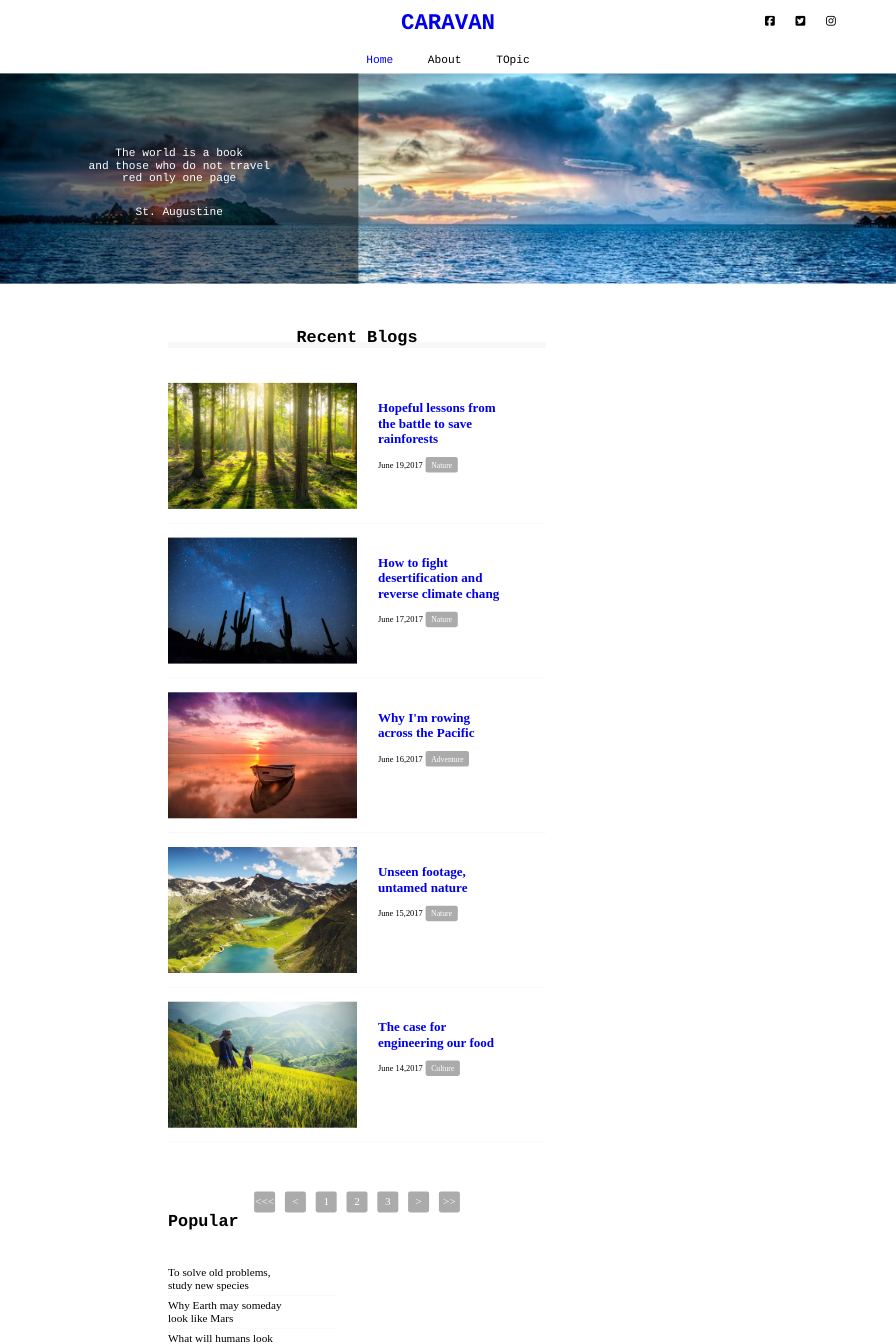
Repository: wakasugisatoi/git
Page: caravan/index2.html
The author's editor kept a record of every edit. The page is drawn from the files as they stood at one moment, then again after the next edit.
The browser window is 1280 px wide. The pictures show the part of the page from y = 0 to 1920 px (the page is 3070 px tall), at 70% of full size.
Some web libraries are served in a nearby version.

Above is the page before.

### caravan/index2.html
<!DOCTYPE html>
<html lang="ja">
  <head>
    <meta charset="UTF-8" />
    <meta name="viewport" content="width=device-width,initial-scale=1.0">
    <!--フォントオーサムの読み込み-->
    <script src="https://kit.fontawesome.com/1a3f0d96a2.js" crossorigin="anonymous"></script>
    <!--cssファイルの読み込み-->
    <link rel="stylesheet" href="style2.css" />
    <title>CARAVAN</title>
  </head>

  <body>
    <!--ヘッダー用のdiv-->
    <!--<div class="header">-->
    <!--  <div class="header-top"></div>-->
    <!--  <div class="header-bottom"></div>-->
    <!--</div>-->
    <header>
      <h1 class="heading">
        <a href="index2.html"> CARAVAN</a>
      </h1>

      <div class="social">
        <i class="fab fa-facebook-square"></i>
        <i class="fab fa-twitter-square"></i>
        <i class="fab fa-instagram"></i>
      </div>
    </header>

    <!--navigation-->
    <nav>
      <!--箇条書きリスト-->
      <ul class="nav-list">
      <li class="nav-list-item">
        <a href="index2.thml">Home</a>
      </li>
      <li class="nav-list-item">About</li>
      <li class="nav-list-item">TOpic</li>
      </ul>
    </nav>

    <!--main-visual用のdiv-->
    <div class="main-visual">
      <!--main-visual内の枠づくり-->
      <div class="main-visual-content">
        <p class="main-visual-text">
          The world is a book<br/>
          and those who do not travel<br/>
          red only one page
        </p>
        <p class="main-visual-name">
          St. Augustine
        </p>
      </div>
    </div>

    <!--main用のdiv-->
    <div class="main">
      <div class="blog"></div>
      <div class="sidebar"></div>
    </div>
    <main>
      <section class="blog">
        <h2 class="blog-heading">Recent Blogs</h2>

        <div class="blog-box">

          <div class="blog-item">
           <img class="blog-image" src="img/img/forest.jpg">
           <section class="blog-text">
            <h3 class="blog-text-heading">
              <a href="single.html">
                Hopeful lessons from<br>
                the battle to save<br>
                rainforests
              </a>
             </h3>
            <p class="blog-date">June 19,2017</p>
            <span class="category">Nature</span>
           </section>
          </div>

          <div class="blog-item">
           <img class="blog-image" src="img/img/desert.jpg">
           <section class="blog-text">
            <h3 class="blog-text-heading">
              <a href="single.html">
                How to fight<br>
                desertification and<br>
                reverse climate chang
              </a>
            </h3>
            <p class="blog-date">June 17,2017</p>
            <span class="category">Nature</span>
           </section>
          </div>

          <div class="blog-item">
           <img class="blog-image" src="img/img/sunset.jpg">
           <section class="blog-text">
            <h3 class="blog-text-heading">
              <a href="single.html">
                Why I'm rowing<br>
                across the Pacific
              </a>
            </h3>
            <p class="blog-date">June 16,2017</p>
            <span class="category">Adventure</span>
          </section>
          </div>

          <div class="blog-item">
           <img class="blog-image" src="img/img/italy.jpg">
           <section class="blog-text">
            <h3 class="blog-text-heading">
              <a href="single.html">
                Unseen footage,<br>
                untamed nature<br>
              </a>
            </h3>
            <p class="blog-date">June 15,2017</p>
            <span class="category">Nature</span>
           </section>
          </div>


          <div class="blog-item">
           <img class="blog-image" src="img/img/asia.jpg">
           <section class="blog-text">
            <h3 class="blog-text-heading">
              <a href="single.html">
                The case for<br>
                engineering our food<br>
              </a>
             </h3>
            <p class="blog-date">June 14,2017</p>
            <span class="category">Culture</span>
           </section>
          </div>

        </div>


      <div class="pagination">
        <p><<<</p>
        <p><</p>
        <p>1</p>
        <p>2</p>
        <p>3</p>
        <p>></p>
        <p>>></p>
      </div>
     </section>

      <div class="sidebar">
       <section class="popular">
         <h2 class="popular-heading common heading">Popular</h2>
         <div class="sidebar-contents">
           <p class="popular-text">To solve old problems,<br>study new species</p>
           <p class="popular-text">Why Earth may someday<br>look like Mars</p>
           <p class="popular-text">What will humans look<br>like in 100 years?</p>
           <p class="popular-text">How to grow a forest<br>in your backyard</p>
           <p class="popular-text">How humans could evolve<br>to survive in space</p>
         </div>
       </section>

       <section class="instagram">
         <h2 class="instagram-heading common-heading">Instagram</h2>
         <div class="sidebar-contents">
           <div class="instagram-box"></div>
           <div class="instagram-box"></div>
           <div class="instagram-box"></div>
           <div class="instagram-box"></div>
           <div class="instagram-box"></div>
           <div class="instagram-box"></div>
         </div>
       </section>

       <section class="categories">
         <h2 class="categories-heading common-heading">Categories</h2>
         <div class="sidebar-contents">
           <p class="categories-text">Technology(15)</p>
           <p class="categories-text">Business(23)</p>
           <p class="categories-text">Entertainment(12)</p>
           <p class="categories-text">Nature(32)</p>
           <p class="categories-text">Education(9)</p>
           <p class="categories-text">Adoventuere(23)</p>
           <p class="categories-text">Communication(14)</p>
         </div>
       </section>
     </div>
    </main>

    <!--footer用のdiv-->
    <!--<div class="footer"></div>-->
    <footer>
      <p class="footer-text">©All rights reserved by Infratop.Inc.</p>

    </footer>

  </body>
</html>

### caravan/style2.css
*{
  margin: 0;
  padding: 0;
  box-sizing:border-box;
}

a{
  text-decoration: none;
}
header,nav,h2,.main-visual,footer{
  font-family: Chalkduster,"Bradley Hand",Courier,"Segoe Print",sans-serif;
}
header{
  width: 90%;
  padding: 15px 0;
  margin: 0 auto;
  text-align: center;
  position: relative;
  /*background-color: red;*/
}

.social i{
  margin-left:20px;
  display: inline-block;
}

.social{
  position: absolute;
  top: 22px;
  right: 22px;
}
header .heading{
  font-size:32px;
}

.nav-list{
  text-align: center;
  padding:10px 0;
  margin:0 auto;
}

.nav-list-item{
  list-style:none;
  display: inline-block;
  margin: 0 20px;
}

/*.header-top{*/
  /*width: 100%;*/
  /*height: 70px;*/
  /*background-color: hotpink;*/
/*}*/

/*.header-bottom{*/
  /*width: 100%;*/
  /*height: 50px;*/
  /*background-color: pink;*/
/*}*/

.main-visual{
  width: 100%;
  height: 300px;
  background-image: url(img/img/mv.jpg);
  background-size: cover;
  background-position: center;
  /*background-color: orange;*/
}

.main-visual-content{
  width: 40%;
  height: 300px;
  background-color: rgba(0,0,0,0.5);
  text-align: center;
  padding-top: 105px;
  /*background-color: gold;*/
}

.main-visual-text{
  color:#fff;
}

.main-visual-name{
  margin-top:30px;
  color:#fff;
}

main{
  width: 800px;
  /*flex挿入のため削除*/
  /*height: 1400px;*/
  /*background-color: green;*/
  display: block;
  justify-content:center;
  margin: 0 auto;
  padding: 70px 0;
}

.blog{
  width: 540px;
  /*height: 1400px;*/
  /*background-color: limegreen;*/
  margin-right: 30px;
}

.blog-heading{
  border-bottom: 8px solid #f7f7f7;
  text-align: center;
  line-height: 0.6;
}

.blog-box{
  padding-top: 50px;
}

.blog-item{
  padding-bottom: 20px;
  margin-bottom: 20px;
  border-bottom: 1px solid #f7f7f7;
  display: flex;
  justify-content:flax-start;
}

.blog-image{
  height:180px;
}

.blog-text{
  padding: 25px 0 0 30px;
}

.blog-text-heading{
  padding-bottom: 15px;
}

.blog-date{
  font-size:12px;
  display:inline-block;
}
.category{
  display: inline-block;
  padding: 5px 8px;
  background-color: #acabab;
  border-radius: 3px;
  color: #fff;
  font-size: 11px;
}

.pagination{
  text-align: center;
  padding-top: 50px;
}

.pagination p{
  display: inline-block;
  width: 30px;
  height: 30px;
  margin:0 5px;
  color:#fff;
  background-color: #acabab;
  border-radius: 3px;
  line-height:30px;
}

.sidebar{
  width: 240px;
  /*height: 1400px;*/
  /*background-color: palegreen;*/
}

.common-heading{
  border-bottom: 8px solid #f7f7f7;
  text-align: center;
  line-height:0.6;
}

.sidebar-contents{
  padding: 50px 0;
}

.popular-text,
.categories-text{
  padding-bottom: 5px;
  border-bottom: 1px solid #f7f7f7;
  margin-bottom: 5px;
}
.popular-text:last-child,
.categories-text:last-child{
  margin: 0;
  padding: 0;
  border:none;
}

.instagram .sidebar-contents{
  display: flex;
  flex-wrap: wrap;
}

.instagram-box{
  width: 110px;
  padding-top: 110px;
  background-size: cover;
  background-position: center;
  margin-bottom: 10px;
}
.instagram-box:nth-child(odd){
  margin:0 10px 10px 0;
}

.instagram-box:nth-child(1){
  background-image: url(img/img/airport.jpg);
}

.instagram-box:nth-child(2){
  background-image: url(img/img/japan.jpg);
}

.instagram-box:nth-child(3){
  background-image: url(img/img/snow.jpg);
}

.instagram-box:nth-child(4){
  background-image: url(img/img/japan2.jpg);
}

.instagram-box:nth-child(5){
  background-image: url(img/img/lake.jpg);
}

.instagram-box:nth-child(6){
  background-image: url(img/img/road.jpg);
}

footer{
  width: 100%;
  height: 120px;
  text-align: center;
  line-height: 120px;
  background-color: #848282;
}

.footer-text{
  color: #fff;
}

/*すべての画面サイズで適用される*/
/*.social i{*/
  /*color:black;*/
/*}*/
 /*タブレット横置きサイズ*/
 /*@media screen and (max-width:1024px){*/
   /*.social i{*/
     /*color: green;*/
   /*}*/
 /*}*/

 /*タブレット縦置きサイズ*/
 /*@media screen and (max-width:768px){*/
   /*.social i{*/
     /*color: red;*/
   /*}*/
 /*}*/

 /*スマホサイズ*/
@media screen and (max-width:425px){
  header{
    width: 100%;
  }

  .social{
    display: none;
  }

  .nav-list{
    width: 100%;
  }

  .nav-list-item{
    width: 100%;
    margin:0 0 10px 0;
  }



  .main-visual-content{
    width: 100%;
  }

  .main{
    width: 100%;
    display: black;
  }

  .blog{
    width: 100%;
    margin: 0;
  }

  .blog-box{
    padding-left: 2%;
    padding-right: 2%;
  }

  .blog-image{
    width: 49%;
  }

  .blog-text {
    width: 49%;
    padding-top: 5px;
  }

  .sidebar{
    width: 100%;
  }

  .sidebar-contents{
    padding-left: 3%;
    padding-right: 3%;
  }
  .instagram-box{
    width: 48%;
    padding-top: 48%;
  }

  .instagram-box:nth-child(odd){
    margin-right: 4%;
  }


  .pagination{
    width: 50%;
  }
}

After the next edit:
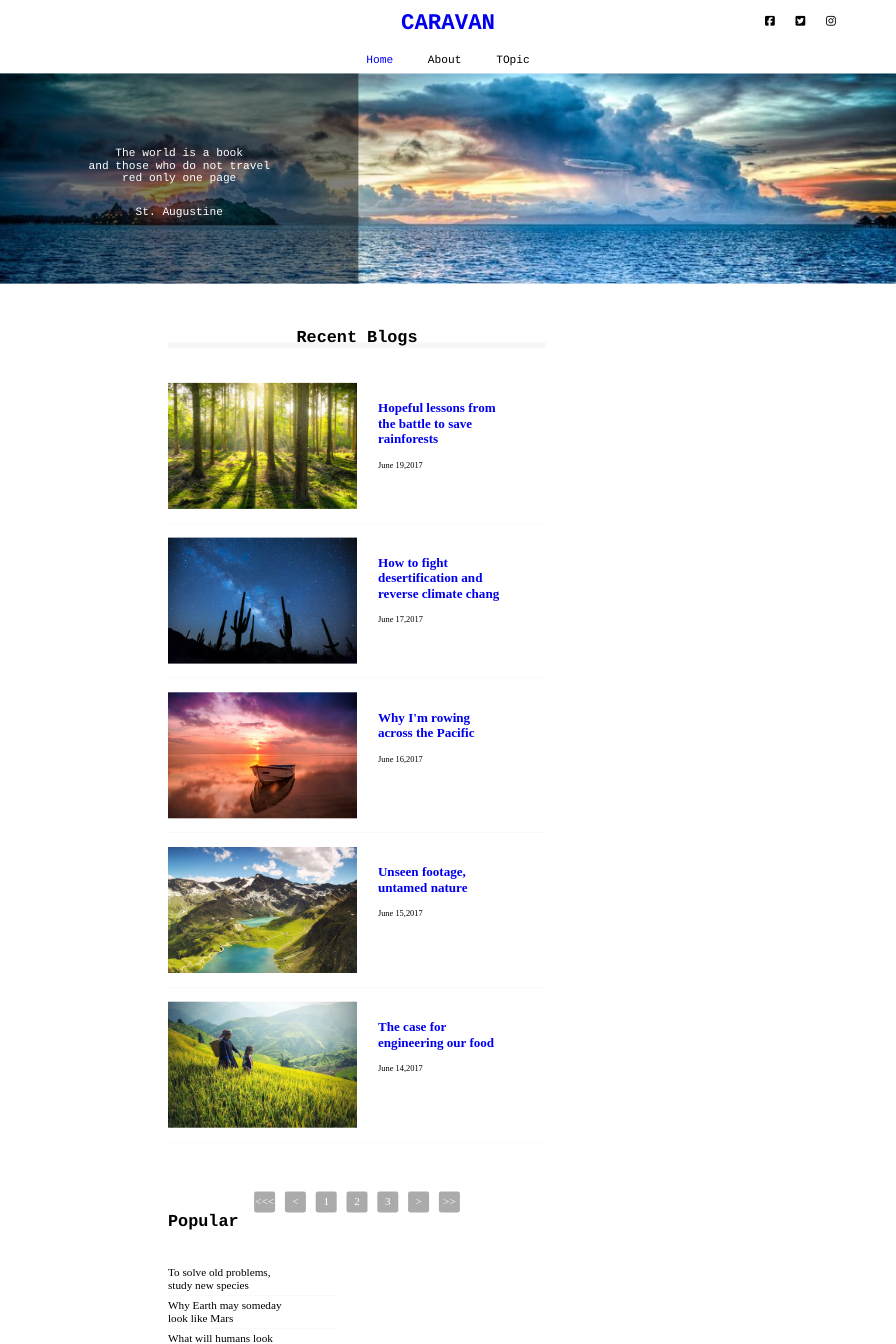
The edit:
--- a/caravan/style2.css
+++ b/caravan/style2.css
@@ -139,7 +139,7 @@
 .category{
   display: inline-block;
   padding: 5px 8px;
-  background-color: #acabab;
+  /*background-color: #acabab;*/
   border-radius: 3px;
   color: #fff;
   font-size: 11px;
